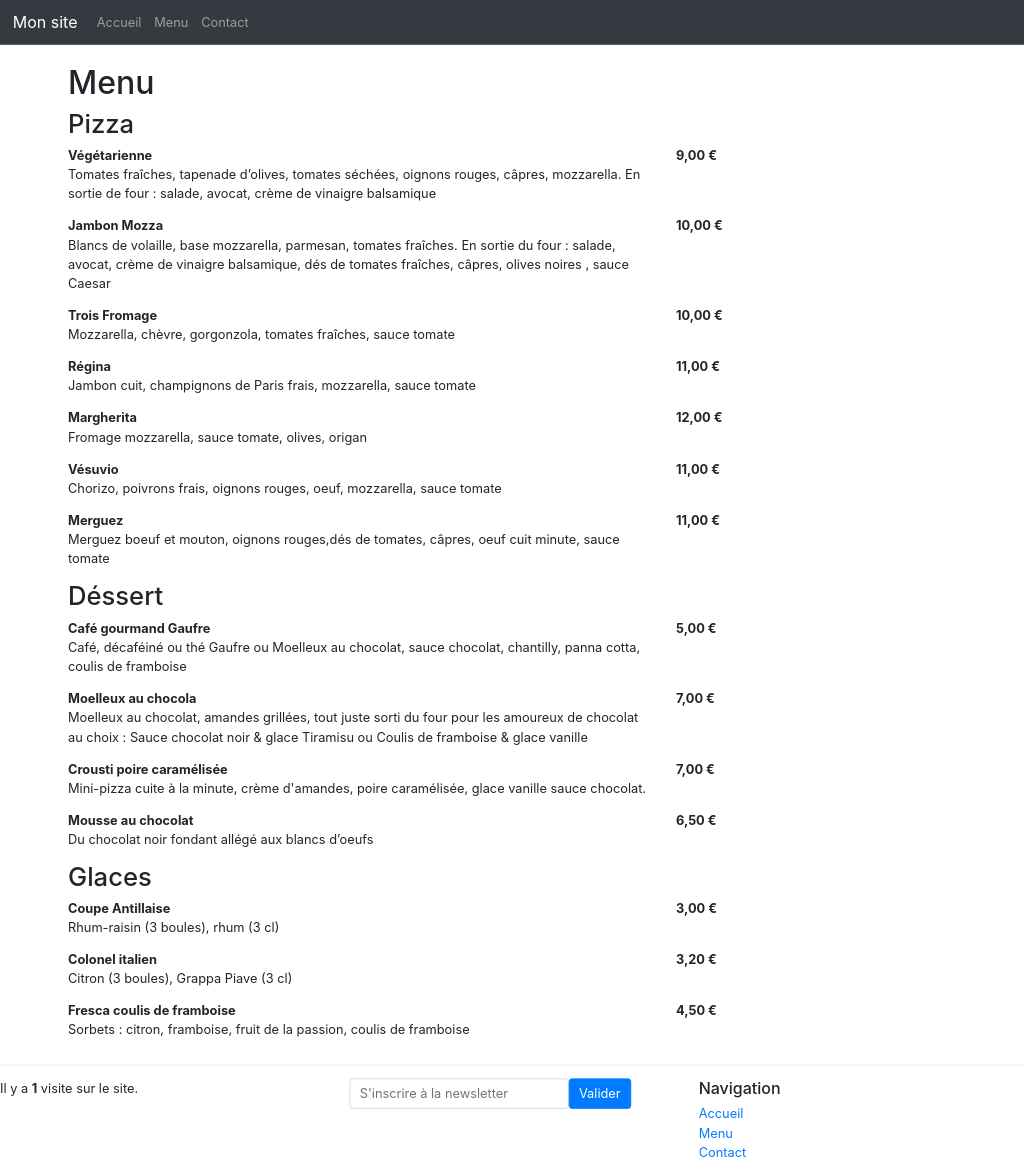
Repository: Alex-Serky/Back_End_PHP
Page: http://localhost/Apprendre le PHP/1Bases/08PHP_HTML/menu.php
An editor plug-in stored every save of this project. The page is shown before and after the next save, followed by the edit.
The browser window is 1280 px wide. The page is 1295 px wide, then 1280 px, so the pictures cover 1295 px, including what lies to the right of the window. The pictures show the whole page, at 80% of full size.
The page is run by PHP 8.4 with error messages shown; the project is at /var/www/html/.

Above is the page before, as saved 2020-07-26 04:15:43.

After the next save:
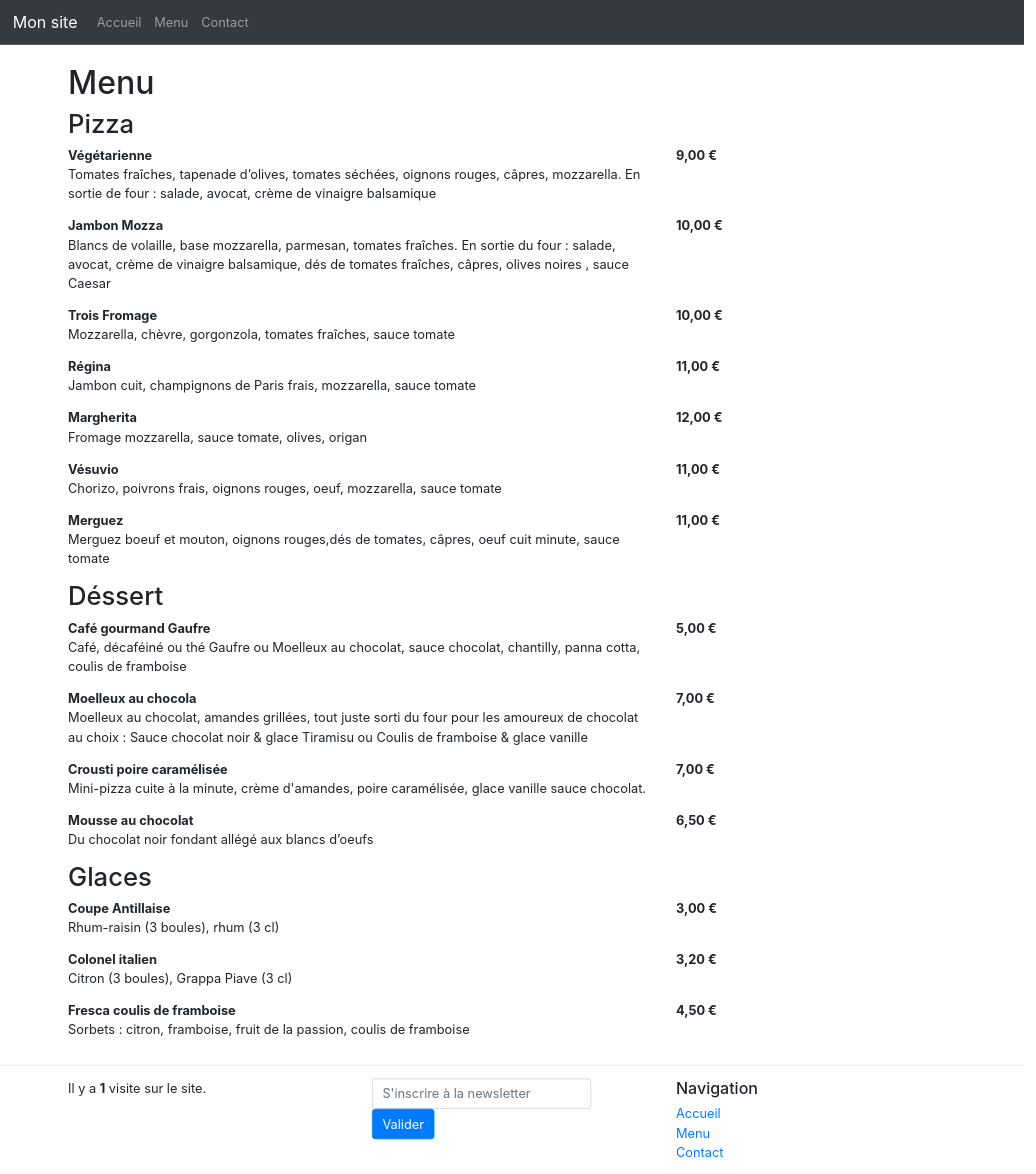
Saved 4 h 25 min later.
--- a/Apprendre le PHP/1Bases/08PHP_HTML/elements/footer.php
+++ b/Apprendre le PHP/1Bases/08PHP_HTML/elements/footer.php
@@ -1,28 +1,30 @@
 </main><!-- /.container -->
 <footer>
     <hr>
-    <div class="row">
-        <div class="col-md-4">
-            <?php
-            require_once dirname(__DIR__) . DIRECTORY_SEPARATOR . 'functions' . DIRECTORY_SEPARATOR . 'compteur.php';
-            ajouter_vue();
-            $vues = nombre_vues();
-            ?>
-            Il y a <strong><?= $vues ?></strong> visite<?php if($vues > 1): ?>s<?php endif ?> sur le site.
-        </div>
-        <div class="col-md-4">
-            <form action="/newsletter.php" class="form-inline" method="POST">
-                <div class="form-group">
-                    <input type="email" name="email" required class="form-control" placeholder="S'inscrire à la newsletter">
-                </div>
-                <button type="submit" class="btn btn-primary">Valider</button>
-            </form>
-        </div>
-        <div class="col-md-4">
-            <h5>Navigation</h5>
-            <ul class="list-unstyled text-small">
-                <?= nav_menu(); ?>
-            </ul>
+    <div class="container">
+        <div class="row">
+            <div class="col-md-4">
+                <?php
+                require_once dirname(__DIR__) . DIRECTORY_SEPARATOR . 'functions' . DIRECTORY_SEPARATOR . 'compteur.php';
+                ajouter_vue();
+                $vues = nombre_vues();
+                ?>
+                Il y a <strong><?= $vues ?></strong> visite<?php if ($vues > 1) : ?>s<?php endif ?> sur le site.
+            </div>
+            <div class="col-md-4">
+                <form action="/newsletter.php" class="form-inline" method="POST">
+                    <div class="form-group">
+                        <input type="email" name="email" required class="form-control" placeholder="S'inscrire à la newsletter">
+                    </div>
+                    <button type="submit" class="btn btn-primary">Valider</button>
+                </form>
+            </div>
+            <div class="col-md-4">
+                <h5>Navigation</h5>
+                <ul class="list-unstyled text-small">
+                    <?= nav_menu(); ?>
+                </ul>
+            </div>
         </div>
     </div>
 </footer>
